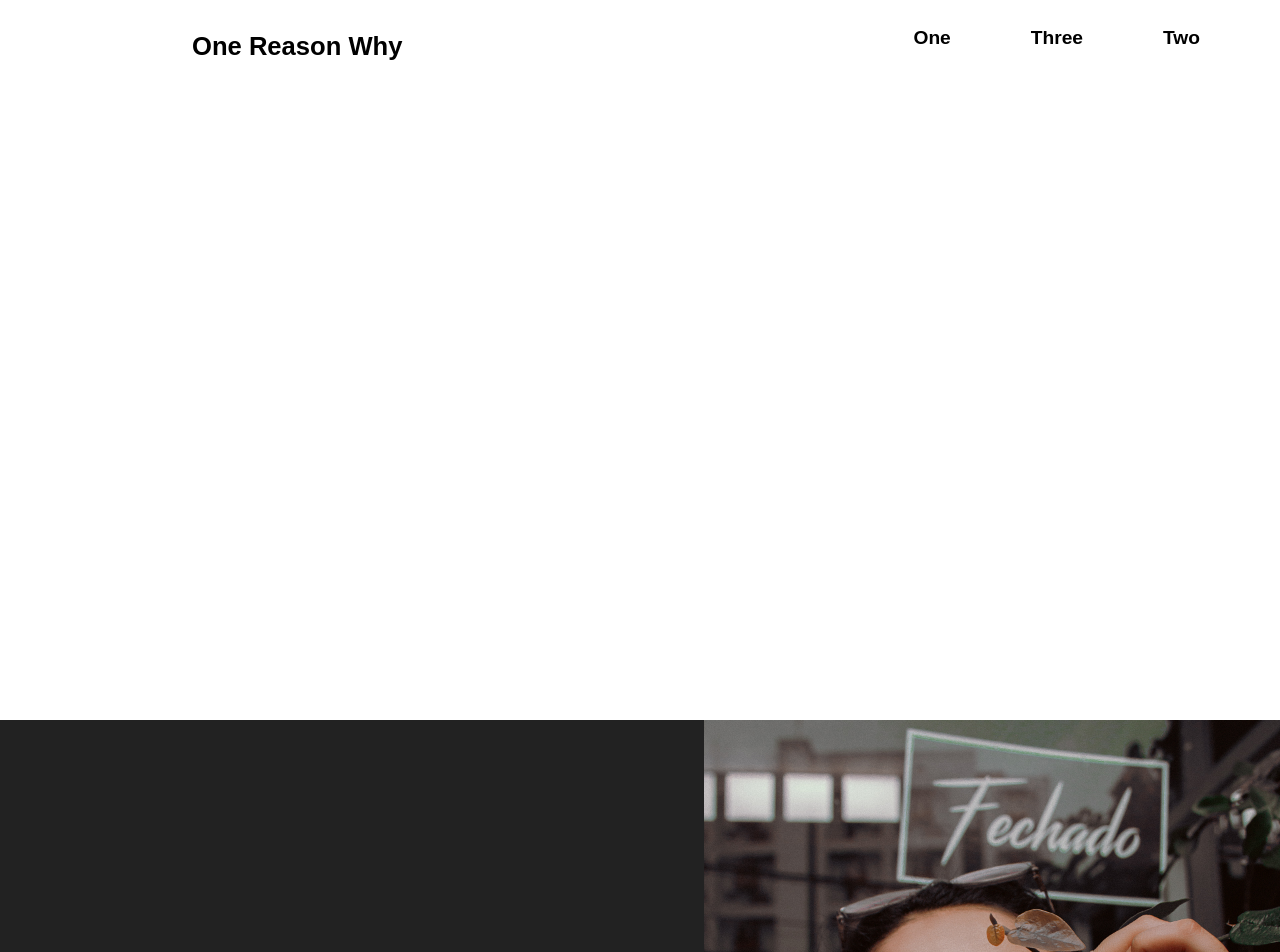
Repository: Imprasna/scrollmagic
Page: index.html
An editor plug-in stored every save of this project. The page is shown before and after a run of saves, followed by the edit.
The browser window is 1280 px wide. The pictures show the part of the page from y = 0 to 952 px (the page is 2200 px tall).
A picture or video elsewhere on the page could not be fetched, so the positions and the page height are approximate. Some web fonts or font styles are not loaded; a fallback is used. Some web libraries are served in a nearby version.

Above is the page before, as saved 2021-11-14 19:29:02.

After the next 7 saves:
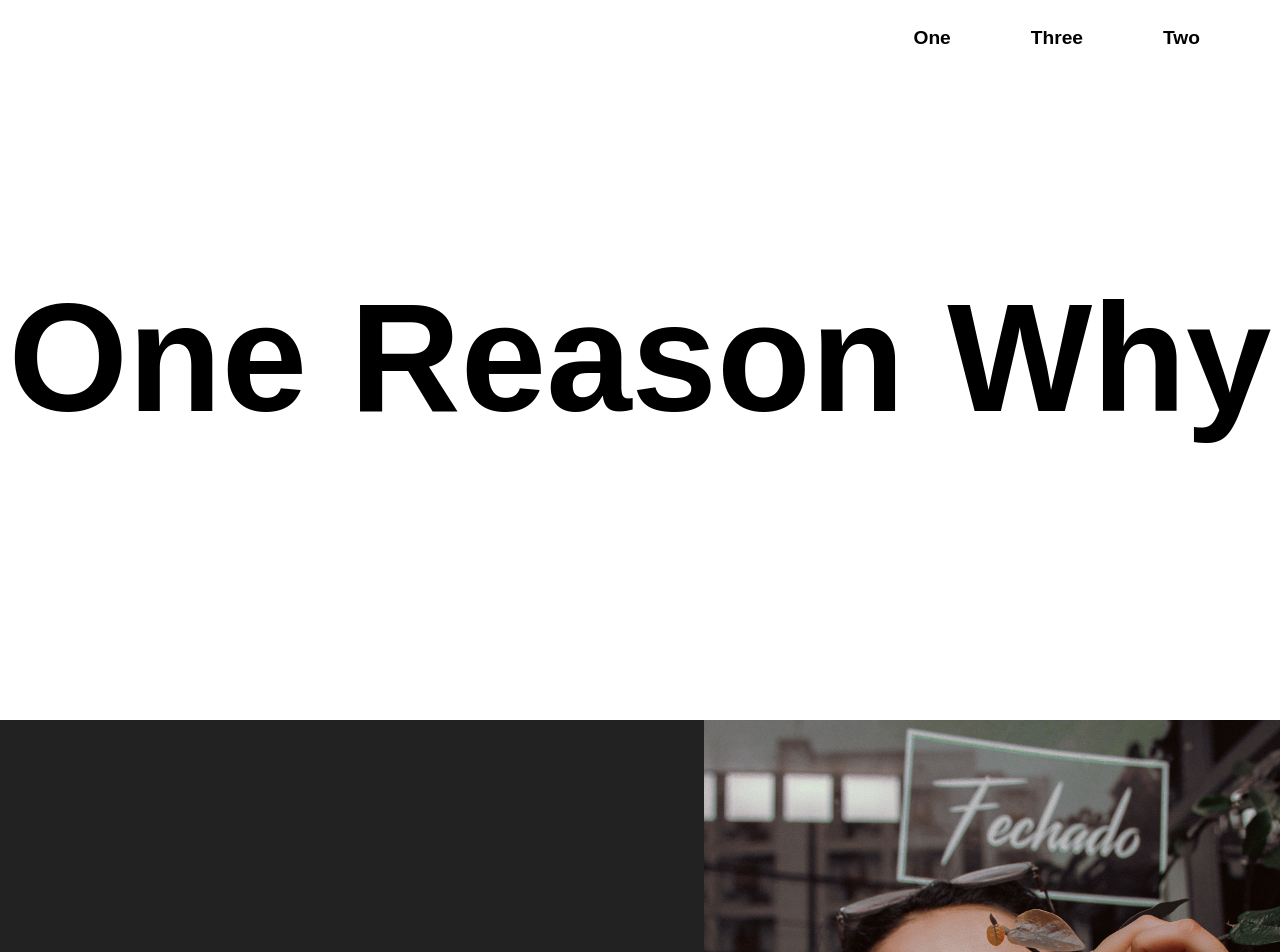
Console error: ReferenceError: fixed is not defined
The 7 saves are shown as one change because they came seconds apart.
The last was saved 18 min 1 s later.
--- a/app.js
+++ b/app.js
@@ -21,7 +21,7 @@
 
 
 tl.fromTo(".sliding-text", { y: 0 }, { y: 60, opacity: 0 });
-tl2.fromTo(".logo", { scale: 6 }, { scale: 1, top: "2rem", left: "12rem", x: "50%", y: "50%", pin: true });
+tl2.fromTo(".logo", { scale: 6 }, { scale: 1, top: "2rem", left: "12rem", x: "50%", y: "50%", pin: true, position: fixed });
 
 const tl3 = gsap.timeline({
     ScrollTrigger: {

After the save that followed:
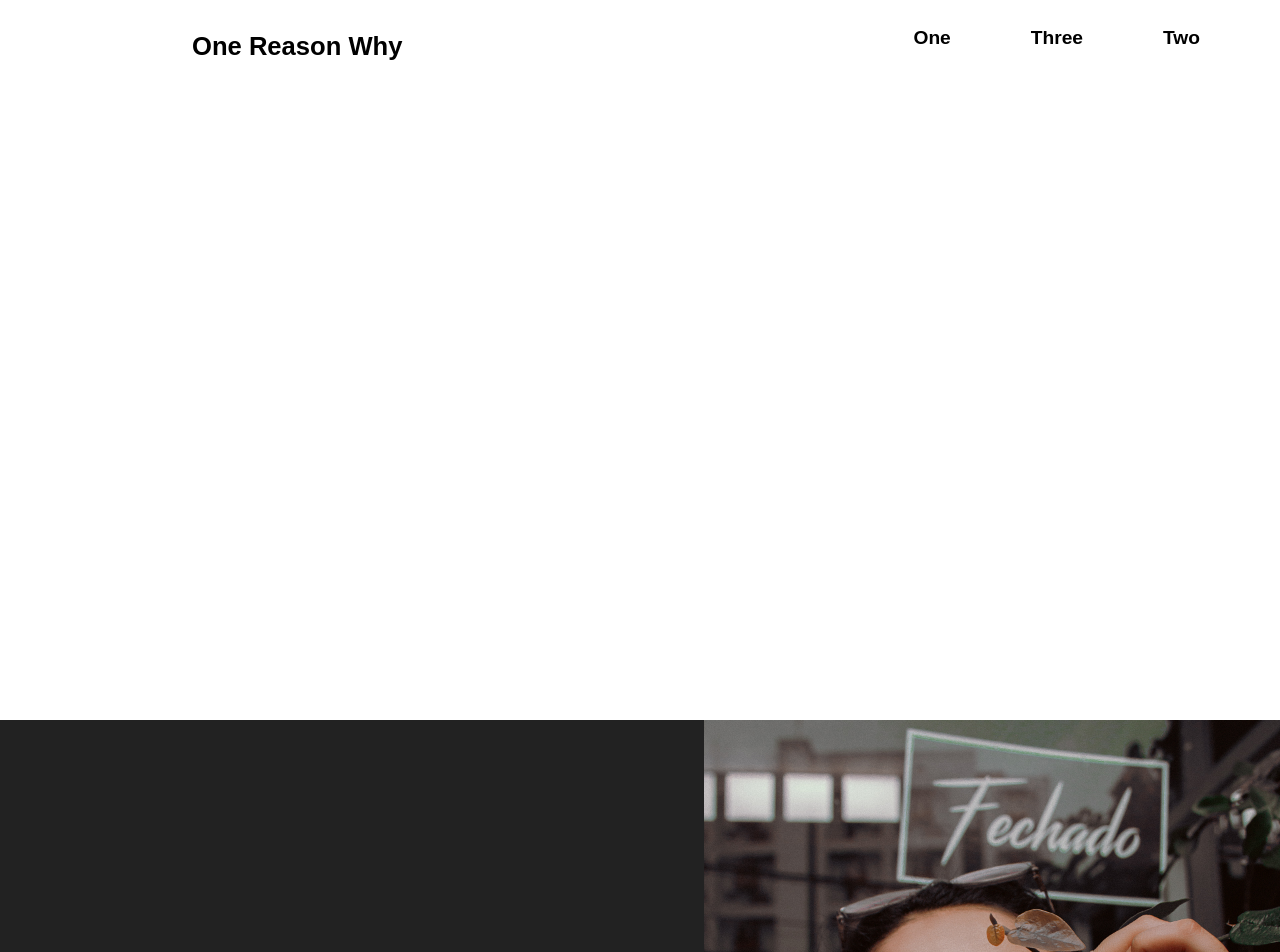
The error is gone.
Saved 16 s later.
--- a/app.js
+++ b/app.js
@@ -21,7 +21,7 @@
 
 
 tl.fromTo(".sliding-text", { y: 0 }, { y: 60, opacity: 0 });
-tl2.fromTo(".logo", { scale: 6 }, { scale: 1, top: "2rem", left: "12rem", x: "50%", y: "50%", pin: true, position: fixed });
+tl2.fromTo(".logo", { scale: 6 }, { scale: 1, top: "2rem", left: "12rem", x: "50%", y: "50%", pin: true, position: 'fixed' });
 
 const tl3 = gsap.timeline({
     ScrollTrigger: {
